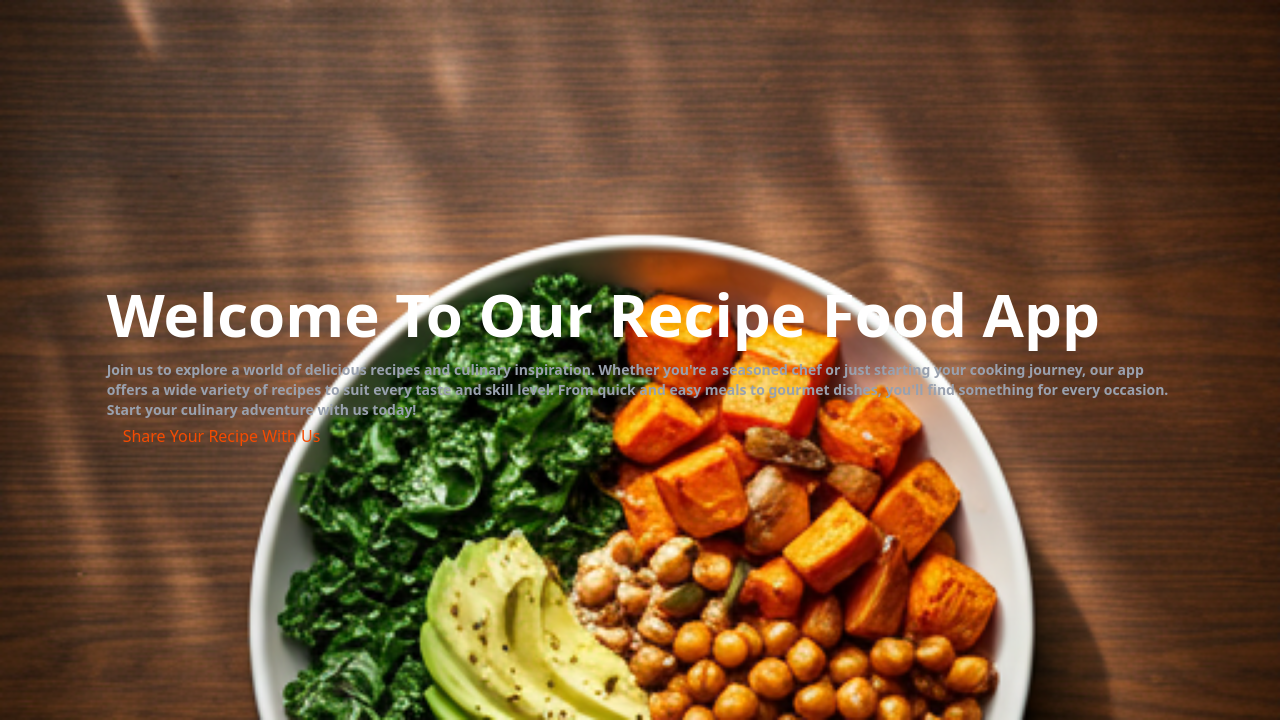
Repository: Eslam0Mohamed/mern-recipe-app
Page: / (app in FrontEnd/)
The author's editor kept a copy of each file at every save. The page is drawn from the files as they stood at one save, then again after a run of saves.
The browser window is 1280 px wide. The pictures show the whole page.
The project was rebuilt for these pictures with package versions that can differ from the ones it lists, and the page was loaded fresh each time. Also part of the build but not shown: FrontEnd/vite.config.js.

Above is the page before, as saved 2026-05-07 18:11:19.

After the next 4 saves:
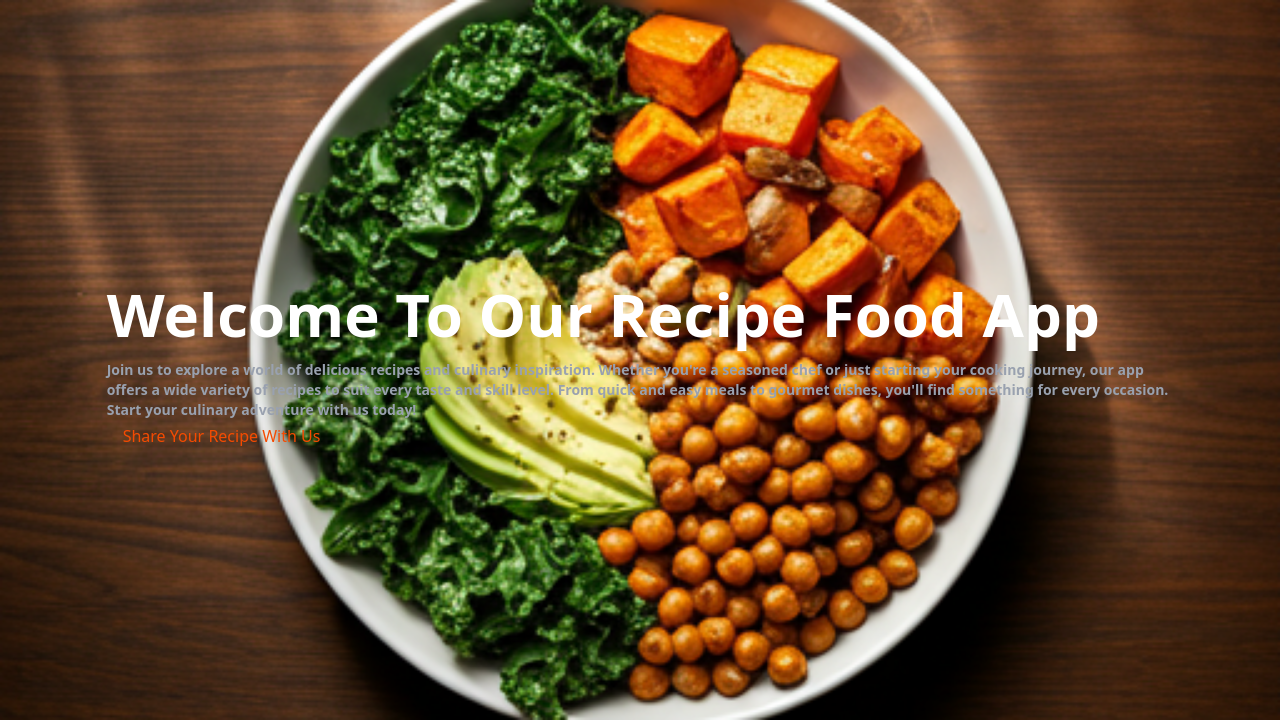
The 4 saves are shown as one change because they came seconds apart.
The last was saved 10 s later.
--- a/FrontEnd/src/pages/Home.jsx
+++ b/FrontEnd/src/pages/Home.jsx
@@ -2,7 +2,7 @@ import React from 'react'
 import backgroundImage from "../assets/bg_2.png"
 function Home() {
   return (
-    <section style={{backgroundImage:`url(${backgroundImage})`,}} className={`bg-cover bg-tertiary h-screen pos flex items-center justify-center`}>
+    <section style={{backgroundImage:`url(${backgroundImage})`,}} className={`bg-cover bg-tertiary h-screen bg-center flex items-center justify-center`}>
       <div className='left container' >
         <h1 className='text-white text-6xl font-semibold my-4'>Welcome To Our Recipe Food App</h1>
         <p className='text-md text-gray-400 font-semibold text-sm'> Join us to explore a world of delicious recipes and culinary inspiration. Whether you're a seasoned chef or just starting your cooking journey, our app offers a wide variety of recipes to suit every taste and skill level. From quick and easy meals to gourmet dishes, you'll find something for every occasion. Start your culinary adventure with us today!</p>
